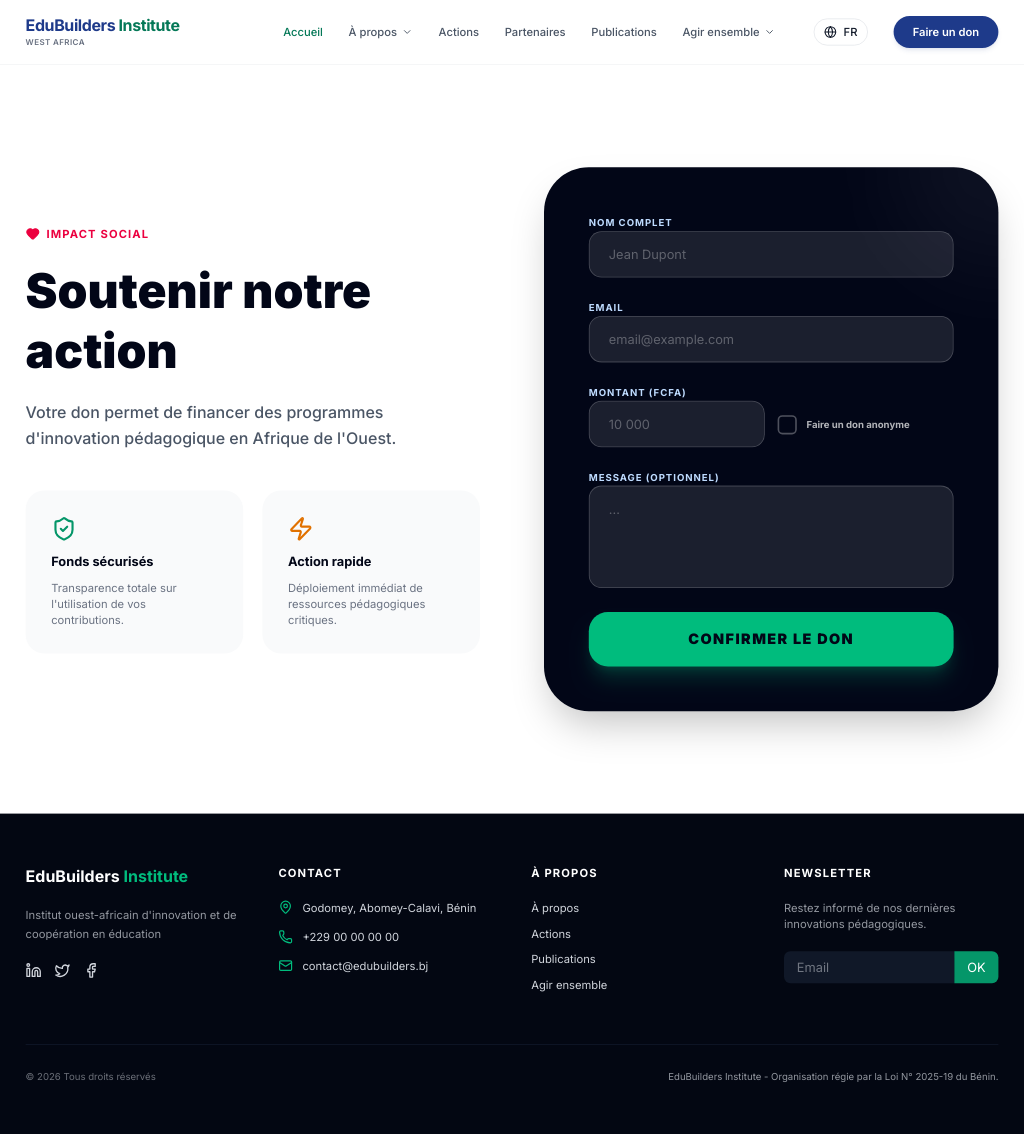
Repository: Julvano/edubuilders-website
Page: /fr/donate
The author's editor kept a copy of each file at every save. The page is drawn from the files as they stood at one save, then again after the next save.
The browser window is 1280 px wide. The pictures show the whole page, at 80% of full size.
Some web fonts or font styles are not loaded; a fallback is used. The project was rebuilt for these pictures with package versions that can differ from the ones it lists, and the page was loaded fresh each time. Also part of the build but not shown: vite.config.ts, src/translations.ts, src/pages/Home.tsx, src/pages/Actions.tsx, src/pages/Partners.tsx, src/pages/VisionMission.tsx, src/pages/Objectives.tsx, src/pages/Publications.tsx and 8 more.

Above is the page before, as saved 2026-04-28 15:34:57.

After the next save:
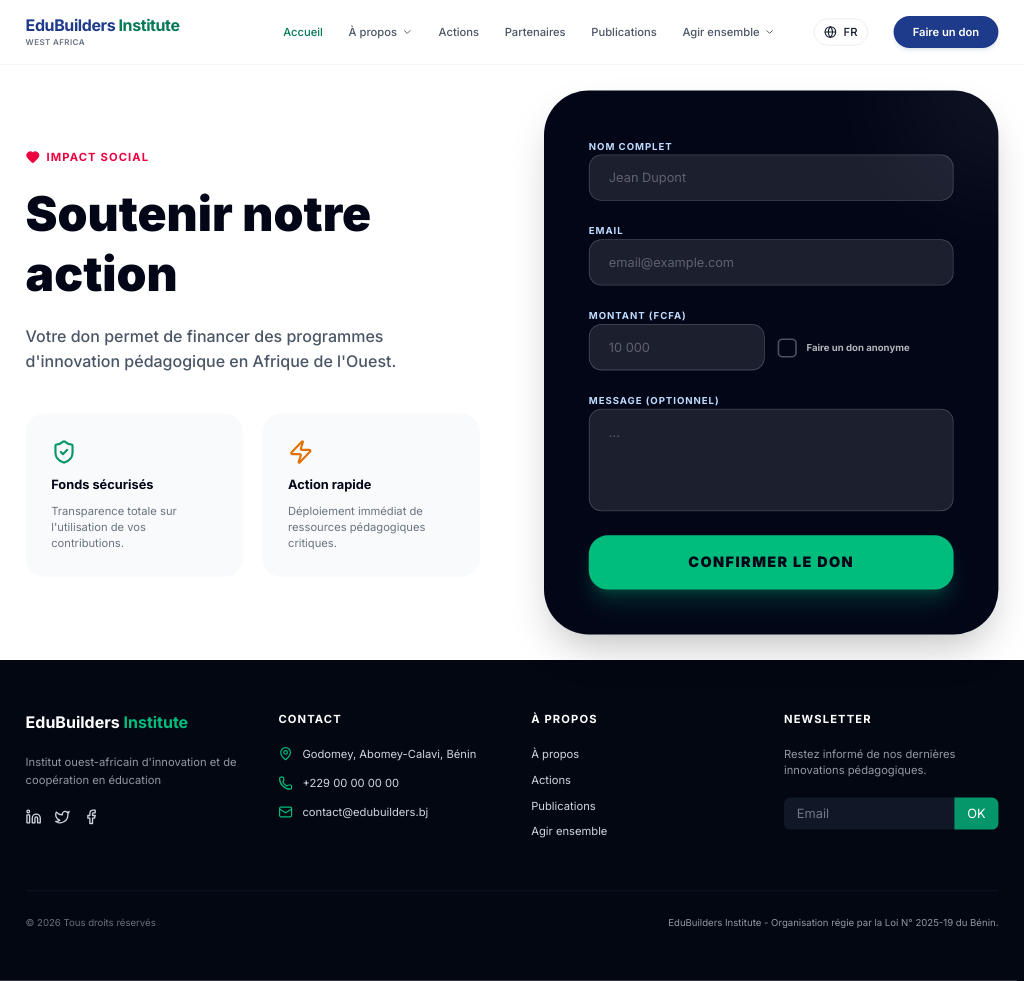
Saved 3 min 13 s later.
--- a/src/pages/Donate.tsx
+++ b/src/pages/Donate.tsx
@@ -20,7 +20,7 @@ const Donate: React.FC = () => {
   };
 
   return (
-    <div className="py-20 lg:py-32 bg-white">
+    <div className="py-5 lg:py-8 bg-white">
       <div className="max-w-7xl mx-auto px-4 sm:px-6 lg:px-8">
         <div className="grid grid-cols-1 lg:grid-cols-2 gap-20 items-center">
           <div className="space-y-12">
@@ -29,7 +29,7 @@ const Donate: React.FC = () => {
                 <Heart size={18} fill="currentColor" />
                 Impact Social
               </span>
-              <h1 className="text-5xl lg:text-6xl font-black text-blue-950 leading-tight">
+              <h1 className="text-2xl sm:text-3xl md:text-4xl lg:text-6xl font-black text-blue-950 leading-tight">
                 {content.donate.title}
               </h1>
               <p className="text-xl text-gray-600 leading-relaxed font-medium">
